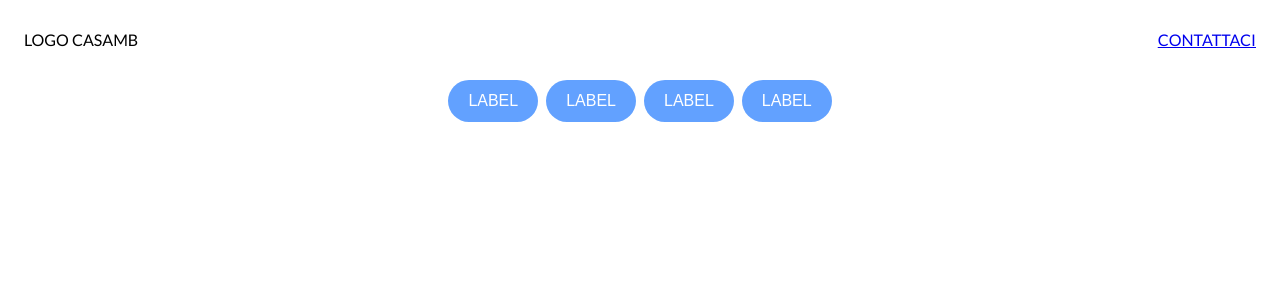
Repository: nicolorz/casamb
Page: /
These files come from the project's save history. The page is drawn as it stood at one moment and after a run of saves; the edit follows.
The browser window is 1280 px wide. The pictures show the whole page.
The project was rebuilt for these pictures with package versions that can differ from the ones it lists, and the page was loaded fresh each time. Also part of the build but not shown: src/index.css, src/App.css.

Above is the page before, as saved 2023-07-18 18:23:28.

### src/index.js
import React from 'react';
import ReactDOM from 'react-dom/client';
import './index.css';
import './assets/css/reset.css'
import './assets/css/style.css'
import App from './App';
import reportWebVitals from './reportWebVitals';

const root = ReactDOM.createRoot(document.getElementById('root'));
root.render(
  <React.StrictMode>
    <App />
  </React.StrictMode>
);

// If you want to start measuring performance in your app, pass a function
// to log results (for example: reportWebVitals(console.log))
// or send to an analytics endpoint. Learn more: https://bit.ly/CRA-vitals
reportWebVitals();

### src/assets/css/style.css
@import url('https://fonts.googleapis.com/css2?family=Lato:ital,wght@0,300;0,400;0,700;1,300;1,400;1,700&display=swap');

html, body {
  margin: 0;
  padding: 0;
  font-size: 16px;
  font-family: 'Lato', sans-serif;
}

.main-wrapper {
  width: 100vw;
  height: 100vh;
  background-color: #fff;
/*   display: flex;
  flex-flow: row nowrap; */
}

/* .sidebar {
  flex: 1;
  background-color: #f6f6f6;
  display: flex;
  flex-flow: column nowrap;
}

.card-wrapper {
  flex: 4;
  padding: 1rem;
  box-sizing: border-box;
  background-color: #EFF8FF;
  border: 1px solid #62A1FF;
  display: flex;
  flex-flow: row nowrap;
  align-items: flex-start;
  gap: 1rem;
}

.footer, .area-buttons {
  width: 100%;
  padding: 1rem;
  box-sizing: border-box;
  background-color: #EFF8FF;
  border: 1px solid #62A1FF;
}

.foooter {
  flex: 0 1 auto;
}

.area-buttons {
  flex: 1 0 auto;
}

.area-buttons {
  display: flex;
  flex-flow: column nowrap;
  gap: 0.5rem;
}

.area-buttons > button {
  align-self: flex-start;
}

.card {
  flex: 0 1 33%;
  padding: 1rem;
  background-color: #62A1FF;
  /* align-self: flex-start;
}

.card > img {
  width: 100%;
} */

### src/App.js
import logo from './logo.svg';
import './App.css';
import  {Header} from './components/HeaderWrapper/HeaderWrapper';

function App() {

  return (
    <div className="main-wrapper">
      <Header />
    </div>
  );
}

export default App;

### src/components/HeaderWrapper/HeaderWrapper.js
import './Header.css'
import { HeaderBottom } from './HeaderBottom'
import { HeaderTop } from './HeaderTop'

export const Header = () => {
    return <div className="header">
        <HeaderTop />
        <HeaderBottom />
    </div>
}

### src/components/HeaderWrapper/Header.css
.header {
    width: 100%;
    padding: 0 24px;
    box-sizing: border-box;
    position: fixed;
    top: 0;
    left: 0;
}

.header-top {
    width: 100%;
    display: flex;
    flex-flow: row nowrap;
    justify-content: space-between;
    align-items: center;
}

.header-top_logo {
    padding: 2rem 0;
}

.header-bottom {
    width: 100%;
    display: flex;
    flex-flow: column nowrap;
    align-items: center;
}

.sorting-area {
    max-width: 900px;
    display: flex;
    flex-flow: row wrap;
    justify-content: center;
    gap: 0.5rem;
}

### src/components/HeaderWrapper/HeaderBottom.js
import { SortingBtn } from "../SortingBtn/Sortingbtn"

const sortingButtons = [
    {
        tag: 'rubinetteria',
        label: 'rubinetteria',
        backgroundColor: '#986562',
        color: true
    },
    {
        tag: 'sanitari',
        label: 'sanitari',
        backgroundColor: '#986562',
        color: true
    },
    {
        tag: 'arredobagno',
        label: 'arredobagno',
        backgroundColor: '#986562',
        color: true
    },
    {
        tag: 'boxdoccia',
        label: 'box doccia',
        backgroundColor: '#986562',
        color: true
    }
];

export const HeaderBottom = () => {
    return (
        <div className="header-bottom">
            <div className="sorting-area">
                {sortingButtons.map((el) => {
                    return (
                        <SortingBtn key={el.tag} button={el} />
                    )
                })}
            </div>
        </div>
    )
}

### src/components/HeaderWrapper/HeaderTop.js
export const HeaderTop = () => {
    return <div className="header-top">
        <div className="header-top_logo">LOGO CASAMB</div>
        <a href="*" target="_self">CONTATTACI</a>
    </div>
}

### src/components/SortingBtn/Sortingbtn.js
import './Sortingbtn.css'

export const SortingBtn = (props) => {
    console.log('props', props);
    return <button className="sorting-btn">LABEL</button>
};

### src/components/SortingBtn/Sortingbtn.css
.sorting-btn {
    background-color: #62A1FF;
    color: #fff;
    padding: 12px 20px;
    border: none;
    border-radius: 50px;
    -webkit-border-radius: 50px;
    -moz-border-radius: 50px;
    -ms-border-radius: 50px;
    -o-border-radius: 50px;
    font-size: 16px;
    cursor: pointer;
    transition: all 0.3s;
    -webkit-transition: all 0.3s;
    -moz-transition: all 0.3s;
    -ms-transition: all 0.3s;
    -o-transition: all 0.3s;
}

.sorting-btn:hover {
    background-color: #4B84DA;
}

Loaded but not shown: public/index.html (common file); src/assets/css/reset.css (common file); src/reportWebVitals.js (common file)

After the next 2 saves:
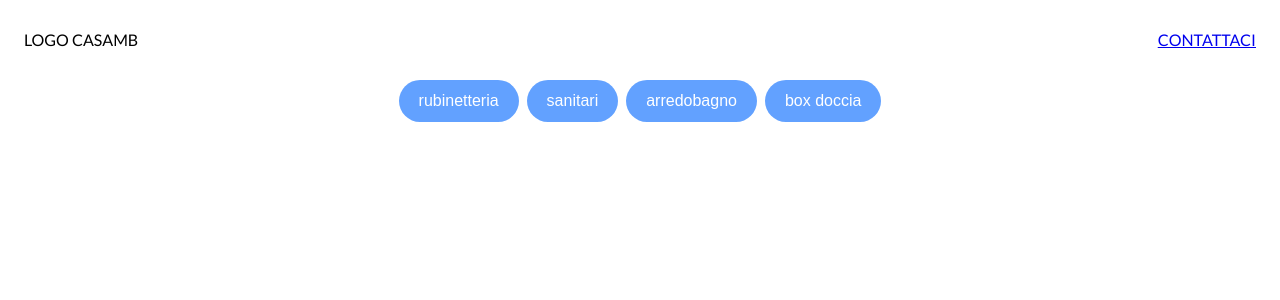
The 2 saves are shown as one change because 1 did not build or start.
The last was saved 7 min 52 s later.
--- a/src/components/SortingBtn/Sortingbtn.js
+++ b/src/components/SortingBtn/Sortingbtn.js
@@ -1,6 +1,5 @@
 import './Sortingbtn.css'
 
-export const SortingBtn = (props) => {
-    console.log('props', props);
-    return <button className="sorting-btn">LABEL</button>
+export const SortingBtn = ({button}) => {
+    return <button className="sorting-btn">{button.label}</button>
 };
